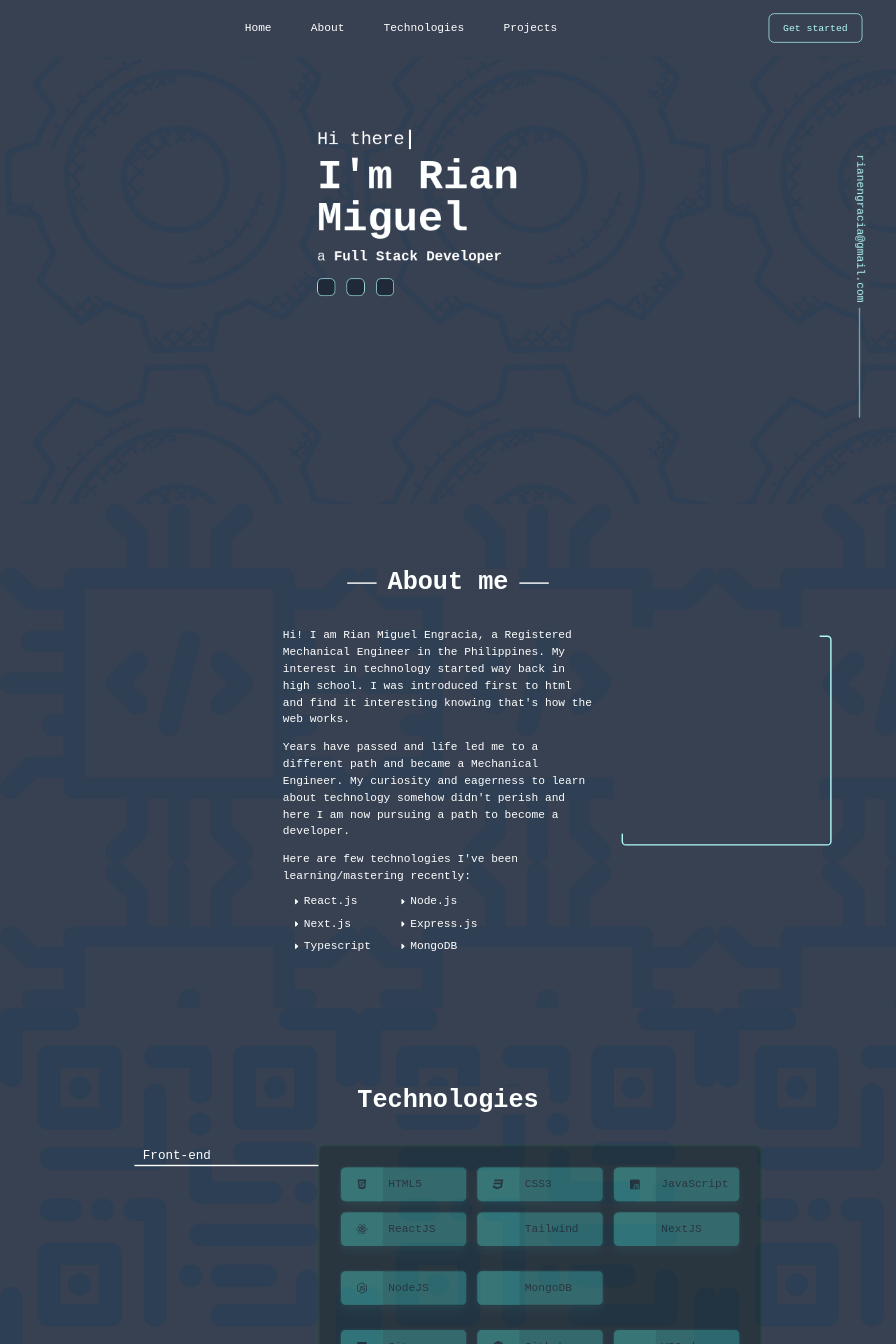
Repository: riandev25/nextjs-portfolio
Page: /
These files come from the project's save history. The page is drawn as it stood at one moment and after the next save; the edit follows.
The browser window is 1280 px wide. The pictures show the part of the page from y = 0 to 1920 px (the page is 2880 px tall), at 70% of full size.
Backgrounds fixed to the window are drawn as part of the page. The project was rebuilt for these pictures with package versions that can differ from the ones it lists, and the page was loaded fresh each time. The framework's server and built-in components were replaced by stand-ins that run in the browser. Also part of the build but not shown: next.config.js, components/Home/Keyboard/index.module.css, components/Home/Keyboard/index.jsx.

Above is the page before, as saved 2022-11-13 10:49:48.

After the next save:
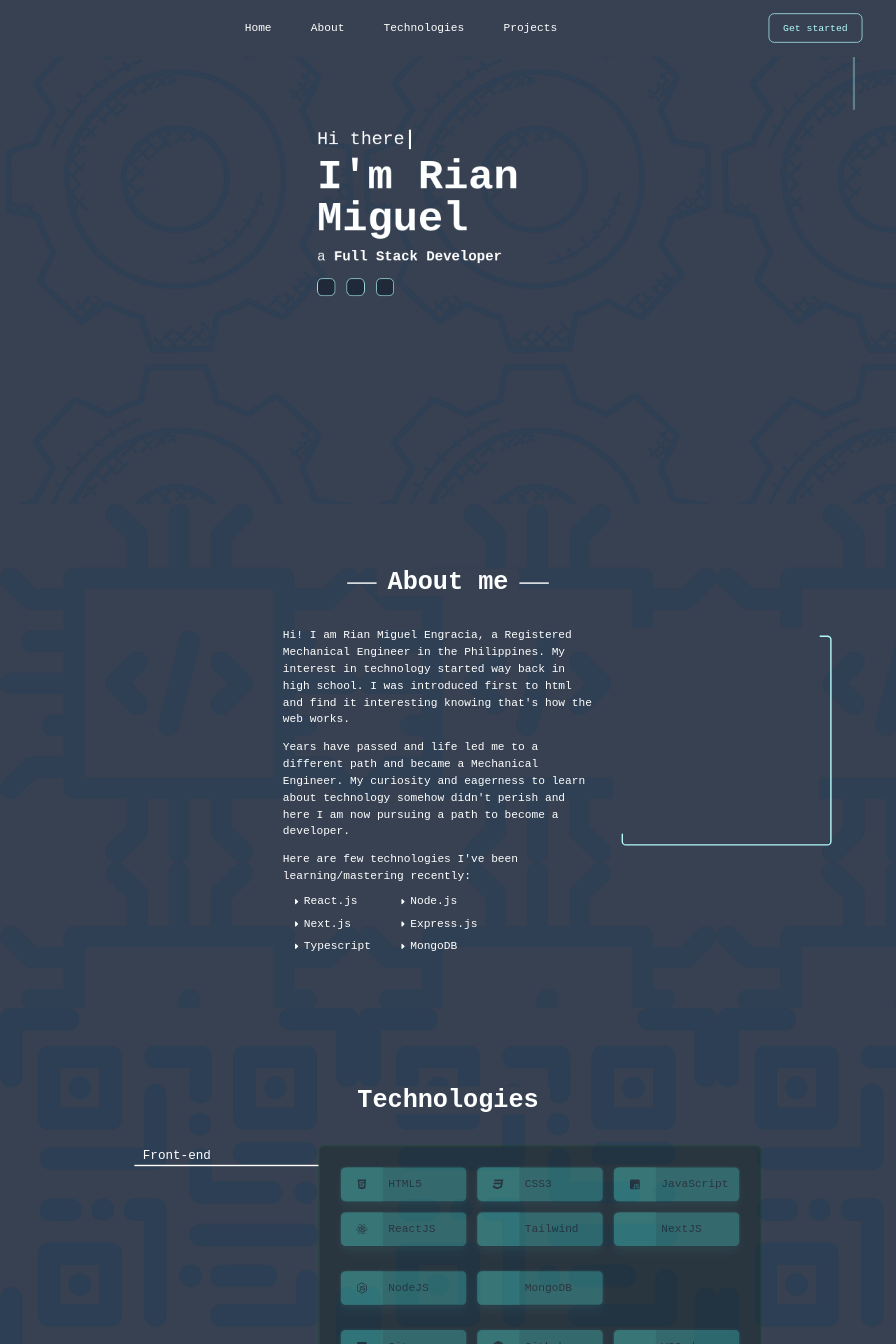
Saved 10 min 15 s later.
--- a/components/Header/Email.jsx
+++ b/components/Header/Email.jsx
@@ -4,7 +4,7 @@ import { images } from '../Home/Home';
 
 const Email = () => {
   return (
-    <aside className='fixed bottom-64 right-10 origin-top-right rotate-90'>
+    <aside className='fixed bottom-50 right-12 origin-top-right rotate-90'>
       <div className='flex justify-center items-center relative'>
         <Link href='' legacyBehavior>
           <a className='z-50 transition-all text-[#b2fcfb] bg-gray-700 px-2 hover:text-[#68fffc] hover:scale-110'>
